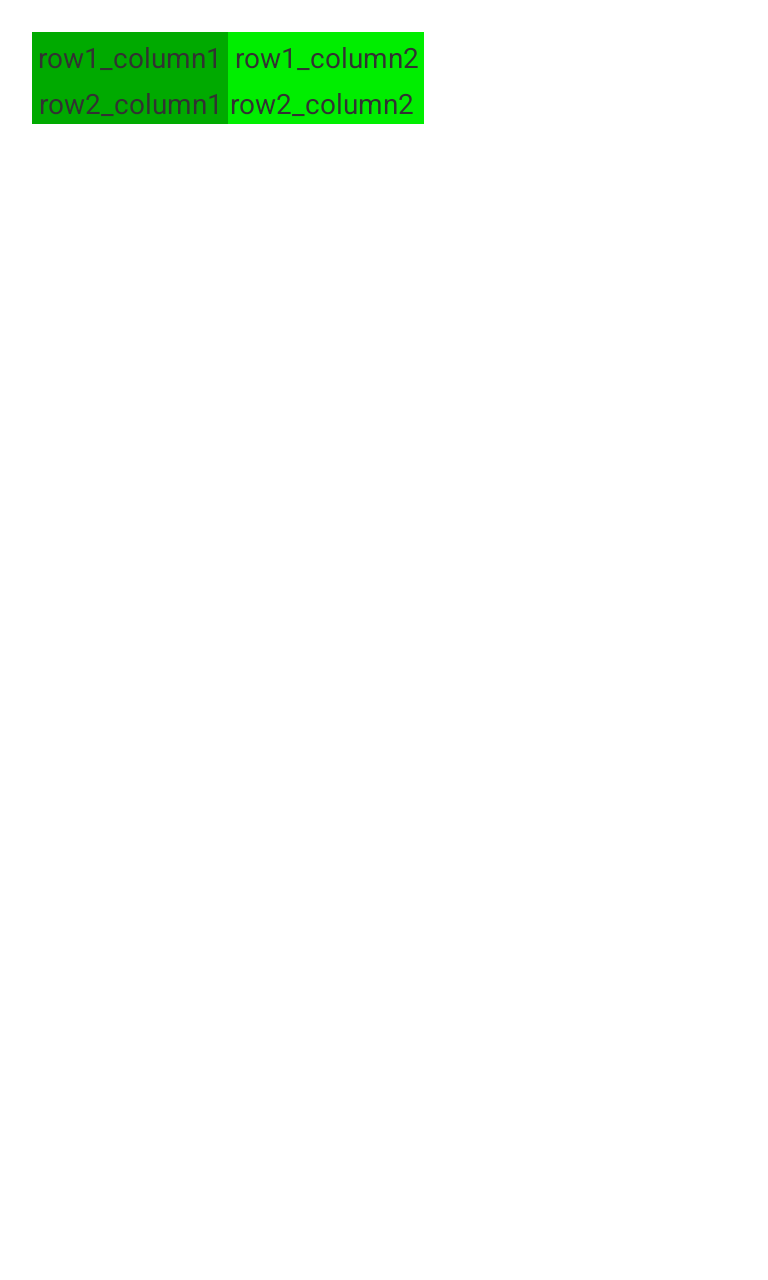
Repository: HouJun11220033/Android
Layout: Layout_02/res/layout/main.xml
These files come from the project's save history. The layout is drawn as it stood at one moment and after the next save; the edit follows.
It is drawn on a 768 x 1280 px phone screen (xhdpi) without system bars, with theme AppTheme; the app's code is not run.

Above is the layout before, as saved 2016-09-15 13:33:18.

After the next save:
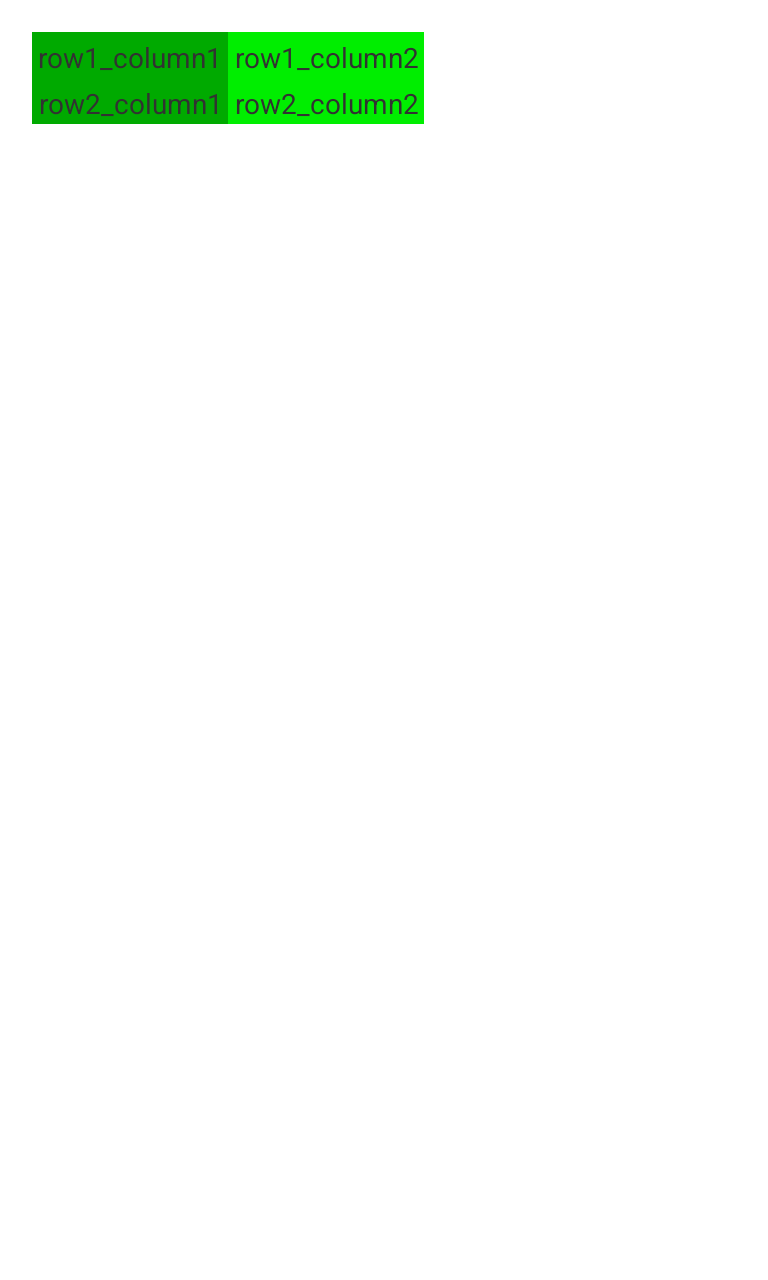
Saved 3 min 56 s later.
--- a/Layout_02/res/layout/main.xml
+++ b/Layout_02/res/layout/main.xml
@@ -38,7 +38,7 @@
 
         <TextView
             android:background="#00ee00"
-            android:gravity="left"
+            android:gravity="center_horizontal"
             android:padding="1dip"
             android:text="@string/row2_column2" >
         </TextView>
